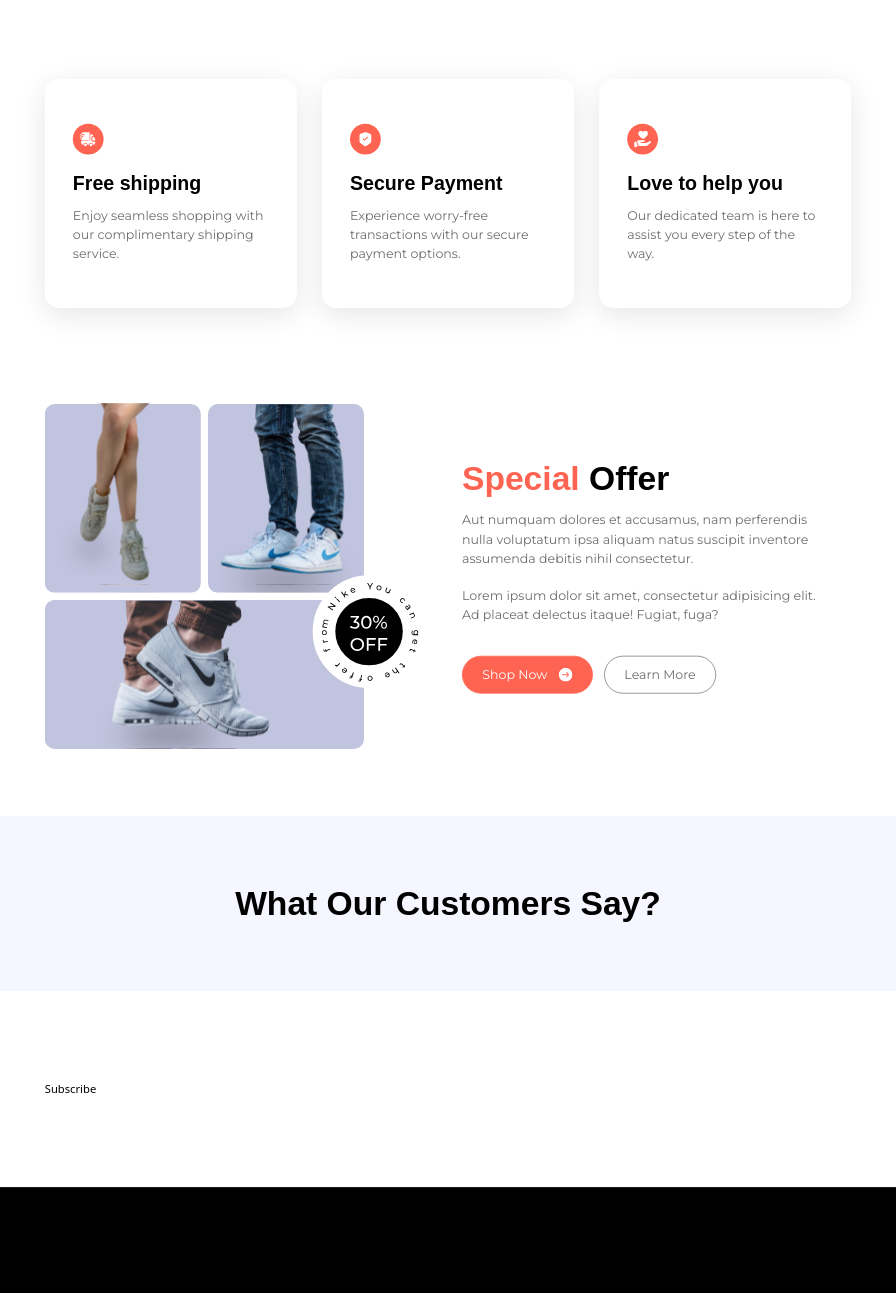
Repository: tynoschuck/nike-landpage
Page: /
The author's editor kept a copy of each file at every save. The page is drawn from the files as they stood at one save, then again after the next save.
The browser window is 1280 px wide. The pictures show the part of the page from y = 2267 to 4187 px (the page is 4115 px tall before and 4187 px after), at 70% of full size.
Some web fonts or font styles are not loaded; a fallback is used. The project was rebuilt for these pictures with package versions that can differ from the ones it lists, and the page was loaded fresh each time. Also part of the build but not shown: vite.config.js.

Above is the page before, as saved 2023-12-01 12:06:13.

### index.html
<!doctype html>
<html lang="en">
  <head>
    <meta charset="UTF-8" />
    <link rel="icon" type="image/svg+xml" href="favicon.ico?" />
    <meta name="viewport" content="width=device-width, initial-scale=1.0" />
    <title>Nike Site</title>
  </head>
  <body>
    <div id="root"></div>
    <script type="module" src="/src/main.jsx"></script>
  </body>
</html>

### src/App.jsx
import Nav from "./components/Nav";
import { Hero, PopularProducts, CustomerReviews, Footer, Services, SpecialOffer, Subscribe, SuperQuality } from "./sections";

const App = () => (
  <main className="relative">
    <Nav />
    <section className="xl:padding-l wide:padding-r padding-b">
      <Hero />
    </section>
    <section className="padding">
      <PopularProducts />
    </section>
    <section className="padding">
      <SuperQuality />
    </section>
    <section className="padding-x py-10">
      <Services />
    </section>
    <section className="padding">
      <SpecialOffer />
    </section>
    <section className="padding bg-pale-blue">
      <CustomerReviews />
    </section>
    <section className="padding-x sm:py-32 py-16 w-full">
      <Subscribe />
    </section>
    <section className="padding-x padding-t pb-8 bg-black">
      <Footer />
    </section>
  </main>
);

export default App;

### src/components/Nav.jsx
import { headerLogo } from '../assets/images';
import { hamburger } from '../assets/icons';
import { navLinks } from '../constants';

const Nav = () => {
  return (
    <header className='padding-x py-8 absolute z-10 w-full'>
      <nav className='flex justify-between items-center max-container'>
        <a href="/">
          <img
            src={headerLogo}
            alt="logo"
            width={130}
            height={29}
          />
        </a>
        <ul className='flex-1 flex justify-center items-center gap-16 max-lg:hidden'>
          {navLinks.map((item) => (
            <li key={item.label}>
              <a
                href={item.href}
                className="font-montserrat leading-normal text-lg text-slate-gray"
              >
                {item.label}
              </a>
            </li>
          ))}
        </ul>
        <div className='hidden max-lg:block'>
          <img
            src={hamburger}
            alt="Hamburger"
            width={25}
            height={25}
          />
        </div>
      </nav>
    </header>
  )
}

export default Nav

### src/sections/index.js
import Hero from "./Hero";
import PopularProducts from "./PopularProducts";
import Footer from "./Footer";
import CustomerReviews from "./CustomerReviews";
import Services from "./Services";
import SpecialOffer from "./SpecialOffer";
import Subscribe from "./Subscribe";
import SuperQuality from "./SuperQuality";

export {
  Hero,
  PopularProducts,
  Footer,
  CustomerReviews,
  Services,
  SpecialOffer,
  Subscribe,
  SuperQuality,
};

### src/assets/images/index.js
import bigShoe1 from './big-shoe1.png'
import bigShoe2 from './big-shoe2.png'
import bigShoe3 from './big-shoe3.png'

import customer1 from './customer1.jpeg'
import customer2 from './customer2.svg'

import footerLogo from './footer-logo.svg'
import headerLogo from './header-logo.svg'

import offer from './offer.svg'

import shoe4 from './shoe4.svg'
import shoe5 from './shoe5.svg'
import shoe6 from './shoe6.svg'
import shoe7 from './shoe7.svg'
import shoe8 from './shoe8.svg'

import thumbnailBackground from './thumbnail-background.svg'
import thumbnailShoe1 from './thumbnail-shoe1.svg'
import thumbnailShoe2 from './thumbnail-shoe2.svg'
import thumbnailShoe3 from './thumbnail-shoe3.svg'

export {
    bigShoe1,
    bigShoe2,
    bigShoe3,

    customer1,
    customer2,

    footerLogo,
    headerLogo,

    offer,
    shoe4,
    shoe5,
    shoe6,
    shoe7,
    shoe8,

    thumbnailBackground,
    thumbnailShoe1,
    thumbnailShoe2,
    thumbnailShoe3
}

### src/assets/icons/index.js
import arrowRight from './arrow-right.svg'
import chevronLeft from './chevron-left.svg'
import cheveronRight from './chevron-right.svg'
import copyrightSign from './copyright-sign.svg'
import facebook from './facebook.svg'
import hamburger from './hamburger.svg'
import instagram from './instagram.svg'
import support from './support.svg'
import shieldTick from './shield-tick.svg'
import star from './star.svg'
import truckFast from './truck-fast.svg'
import twitter from './twitter.svg'

export {
    arrowRight,
    cheveronRight,
    chevronLeft,
    copyrightSign,
    facebook,
    hamburger,
    instagram,
    support,
    shieldTick,
    star,
    truckFast,
    twitter
}

### src/constants/index.js
import { facebook, instagram, shieldTick, support, truckFast, twitter } from "../assets/icons";
import { bigShoe1, bigShoe2, bigShoe3, customer1, customer2, shoe4, shoe5, shoe6, shoe7, thumbnailShoe1, thumbnailShoe2, thumbnailShoe3 } from "../assets/images";

export const navLinks = [
    { href: "#home", label: "Home" },
    { href: "#about-us", label: "About Us" },
    { href: "#products", label: "Products" },
    { href: "#contact-us", label: "Contact Us" },
];

export const shoes = [
    {
        thumbnail: thumbnailShoe1,
        bigShoe: bigShoe1,
    },
    {
        thumbnail: thumbnailShoe2,
        bigShoe: bigShoe2,
    },
    {
        thumbnail: thumbnailShoe3,
        bigShoe: bigShoe3,
    },
];

export const statistics = [
    { value: '1k+', label: 'Brands' },
    { value: '500+', label: 'Shops' },
    { value: '250k+', label: 'Customers' },
];

export const products = [
    {
        imgURL: shoe4,
        name: "Nike Air Jordan-01",
        price: "$200.20",
        rating: "(4.2)",
    },
    {
        imgURL: shoe5,
        name: "Nike Air Jordan-10",
        price: "$210.20",
        rating: "(4.8)",
    },
    {
        imgURL: shoe6,
        name: "Nike Air Jordan-100",
        price: "$220.20",
        rating: "(4.5)",
    },
    {
        imgURL: shoe7,
        name: "Nike Air Jordan-001",
        price: "$230.20",
        rating: "(4.2)",
    },
];

export const services = [
    {
        imgURL: truckFast,
        label: "Free shipping",
        subtext: "Enjoy seamless shopping with our complimentary shipping service."
    },
    {
        imgURL: shieldTick,
        label: "Secure Payment",
        subtext: "Experience worry-free transactions with our secure payment options."
    },
    {
        imgURL: support,
        label: "Love to help you",
        subtext: "Our dedicated team is here to assist you every step of the way."
    },
];

export const reviews = [
    {
        imgURL: customer1,
        customerName: 'Morich Brown',
        rating: 4.5,
        feedback: "The attention to detail and the quality of the product exceeded my expectations. Highly recommended!"
    },
    {
        imgURL: customer2,
        customerName: 'Lota Mongeskar',
        rating: 4.5,
        feedback: "The product not only met but exceeded my expectations. I'll definitely be a returning customer!"
    }
];


export const footerLinks = [
    {
        title: "Products",
        links: [
            { name: "Air Force 1", link: "/" },
            { name: "Air Max 1", link: "/" },
            { name: "Air Jordan 1", link: "/" },
            { name: "Air Force 2", link: "/" },
            { name: "Nike Waffle Racer", link: "/" },
            { name: "Nike Cortez", link: "/" },
        ],
    },
    {
        title: "Help",
        links: [
            { name: "About us", link: "/" },
            { name: "FAQs", link: "/" },
            { name: "How it works", link: "/" },
            { name: "Privacy policy", link: "/" },
            { name: "Payment policy", link: "/" },
        ],
    },
    {
        title: "Get in touch",
        links: [
            { name: "customer@nike.com", link: "mailto:customer@nike.com" },
            { name: "+92554862354", link: "tel:+92554862354" },
        ],
    },
];

export const socialMedia = [
    { src: facebook, alt: "facebook logo" },
    { src: twitter, alt: "twitter logo" },
    { src: instagram, alt: "instagram logo" },
];

### src/sections/Hero.jsx
import { useState } from "react";
import { arrowRight } from "../assets/icons";
import Button from "../components/Button";
import { shoes, statistics } from "../constants";
import { bigShoe1 } from "../assets/images";
import Shoecard from "../components/Shoecard";

const Hero = () => {

  const [bigShoeImg, setBigShoeImg] = useState(bigShoe1)

  return (
    <section
      id="home"
      className="w-full flex xl:flex-row flex-col justify-center min-h-screen gap-10 max-container">
        <div className="relative xl:w-2/5 flex flex-col justify-center items-start w-full max-xl:padding-x pt-28">
          <p className="text-xl font-montserrat text-coral-red">Our Summer Collection</p>
          <h1 className="mt-10 font-palanquin text-8xl max-sm:text-[72px] max-sm:leading-[82px] font-bold">
            <span className="xl:bg-white xl:whitespace-nowrap relative z-10 pr-10">The New Arrival</span>
            <br />
            <span className="text-coral-red inline-block mt-3">Nike</span> Shoes
          </h1>
          <p className="font-montserrat text-slate-gray text-lg leading-8 mt-6 mb-14 sm:max-w-sm"> Discover the new arrivals</p>
          <Button label='Shop now' iconUrl={arrowRight}/>
          <div className="flex justify-start items-start flex-wrap w-full mt-20 gap-16">
            {statistics.map((stat) => (
              <div key={stat.label}>
                <p className="text-4xl font-palanquin font-bold">
                  {stat.value}
                </p>
                <p className="leading-7 font-montserrat text-slate-gray">
                  {stat.label}
                </p>
              </div>
            ))}
          </div>
        </div>
        <div className="relative flex-1 flex justify-center items-center xl:min-h-screen max-xl:py-40 bg-primary bg-hero bg-cover bg-center">
          <img
            src={bigShoeImg}
            alt="shoe collection"
            width={610}
            height={500}
            className="object-contain relative z-10"
          />
          <div className="flex sm:gap-6 gap-4 absolute -bottom-[5%] sm:left-[10%] max-sm:px-6">
            {shoes.map((shoe,) => (
              <div key={shoe}>
                <Shoecard
                  imgURL={shoe}
                  changeBigShoeImage={(shoe) => setBigShoeImg (shoe)}
                  bigShoeImg={bigShoeImg}
                />
              </div>
            ))}
          </div>

        </div>
      </section>
  )
}

export default Hero

### src/sections/PopularProducts.jsx
import PopularProductCard from "../components/PopularProductCard"
import { products } from "../constants"

const PopularProducts = () => {
  return (
    <section
      id="products"
      className="max-container max-sm:mt-12"
    >
      <div className="flex flex-col justify-start gap-5">
        <h2 className="text-4xl font-palanquin font-bold">Lorem <span className="text-coral-red
        ">ipsum</span> dolor sit amet </h2>
        <p className="lg:max-w-lg mt-2 font-montserrat">Deleniti aliquid, dolorum quod velit possimus quibusdam sed sit voluptatum hic minima. </p>
      </div>
      <div className="mt-16 grid lg:grid-cols-4 md:grid-cols-3 sm:grid-cols-2 grid-cols-1 sm:gap-6 gap-14">
        {products.map((product) =>(
          <PopularProductCard
            key={product.name}
            {...product}
          />
        ))}
      </div>
    </section>
  )
}

export default PopularProducts

### src/sections/CustomerReviews.jsx
const CustomerReviews = () => {
  return (
    <section className="max-container">
      <h3 className="font-palanquin text-center text-4xl font-bold">
        What Our <span>Customers</span> Say?
      </h3>

    </section>
  )
}

export default CustomerReviews

### src/sections/Services.jsx
import ServiceCard from "../components/ServiceCard"
import { services } from "../constants"

const Services = () => {
  return (
    <section className="max-container flex justify-center flex-wrap gap-9">
      {services.map((service) => (
        <ServiceCard
        key={service.label}
        {...service} />
      ))}
    </section>
  )
}

export default Services

### src/sections/SpecialOffer.jsx
import { arrowRight } from "../assets/icons"
import { offer } from "../assets/images"
import Button from "../components/Button"

const SpecialOffer = () => {
  return (
    <section className="flex justify-wrap items-center max-xl:flex-col-reverse gap-10 max-container">
      <div className="flex-1">
        <img
          src={offer}
          width={772}
          height={687}
          className="object-contain w-full"
        />
      </div>
      <div className="flex flex-1 flex-col">
        <h2 className="font-palanquin text-4xl capitalize font-bold lg:max-w-lg">
          <span className="text-coral-red">Special</span> Offer
        </h2>
        <p className="mt-4 lg:max-w-lg info-text">Aut numquam dolores et accusamus, nam perferendis nulla voluptatum ipsa aliquam natus suscipit inventore assumenda debitis nihil consectetur.</p>
        <p className="mt-6 lg:max-w-lg info-text">Lorem ipsum dolor sit amet, consectetur adipisicing elit. Ad placeat delectus itaque! Fugiat, fuga?</p>
        <div className="mt-11 flex flex-wrap gap-4">
          <Button
          label='Shop Now'
          iconUrl={arrowRight}
          />
          <Button
          label='Learn More'
          backgroundColor='bg-white'
          borderColor='border-slate-gray'
          textColor='text-slate-gray'
          />
        </div>
      </div>
    </section>
  )
}

export default SpecialOffer

### src/sections/SuperQuality.jsx
import Button from "../components/Button"
import { shoe8 } from "../assets/images"

const SuperQuality = () => {
  return (
    <section
      id="about-us"
      className="flex justify-between items-center max-lg:flex-col gap-10 w-full max-container"
    >
      <div className="flex flex-1 flex-col">
        <h2 className="font-palanquin text-4xl capitalize font-bold lg:max-w-lg">
          We Provide You <span className="text-coral-red">Super</span> <span className="text-coral-red">Quality</span> Shoes

        </h2>
        <p className="mt-4 lg:max-w-lg info-text">Lorem ipsum dolor sit amet, consectetur adipisicing elit. Aut numquam dolores et accusamus, nam perferendis nulla voluptatum ipsa aliquam natus suscipit inventore assumenda debitis nihil consectetur.</p>
        <p className="mt-6 lg:max-w-lg info-text">Ad placeat delectus itaque! Fugiat, fuga?</p>
        <div className="mt-11">
          <Button label='View Details' /></div>
        </div>
        <div className="flex-1 flex justify-center items-center">
          <img
            src={shoe8}
            alt="shoe8"
            width={570}
            height={522}
            className="object-contain"
          />
        </div>
    </section>
  )
}

export default SuperQuality

### src/components/Button.jsx
const Button = ({ label, iconUrl, backgroundColor, borderColor, textColor }) => {
  return (
    <button className={`flex justify-center items-center gap-2 px-7 py-4 border font-montserrat text-lg leading-none
    ${backgroundColor
    ? `${backgroundColor} ${textColor} ${borderColor}`
    :  'bg-coral-red  text-white border-coral-red'} rounded-full`}>
      {label}
      {iconUrl && <img
        src={iconUrl}
        alt="arrow right icon"
        className="ml-2 rounded-full w-5 h-5"
      />}
    </button>
  )
}

export default Button

### src/components/Shoecard.jsx
const Shoecard = ({ imgURL, changeBigShoeImage, bigShoeImg }) => {

  const handleClick =() => {
    if(bigShoeImg !== imgURL.bigShoe) {
      changeBigShoeImage(imgURL.bigShoe)
    }
  }

  return (
    <div
      className={`border-2 rounded-xl ${bigShoeImg === imgURL.bigShoe ? 'border-coral-red' : 'border-transparent'} cursor-pointer max-sm:flex-1`}
      onClick={handleClick}
    >
      <div className="flex justify-center items-center bg-card bg-center bg-cover sm:w-40 sm:h-40 rounded-xl max-sm:p-4">
        <img
          src={imgURL.thumbnail}
          alt='shoe collection'
          width={127}
          height={103}
          className="object-contain"
        />
      </div>
    </div>
  )
}

export default Shoecard

### src/components/PopularProductCard.jsx
import { star } from "../assets/icons"

const PopularProductCard = ({ imgURL, name, price, rating }) => {
  return (
    <div className="flex flex-1 flex-col w-full max-sm:w-full">
      <img src={imgURL} alt={name} height={280} width={280} />
      <div className="mt-8 flex justify-start gap-2.5">
        <img src={star} alt="rating" height={24} width={24} />
        <p className="font-montserrat text-xl leading-normal text-slate-gray">{rating}</p>
      </div>
      <h3 className="mt-2 text-2xl leading-normal font-semibold font-palanquin">{name}</h3>
      <p className="mt-2 font-semibold font-montserrat text-coral-red text-2xl leading-normal">{price}</p>
    </div>
  )
}

export default PopularProductCard

### src/components/ServiceCard.jsx
const ServiceCard = ({ imgURL, label, subtext }) => {
  return (
    <div className="flex-1 sm:w-[350px] sm:min-w-[350px] w-full rounded-[20px] shadow-3xl px-10 py-16">
      <div className="w-11 h-11 flex justify-center items-center bg-coral-red rounded-full">
        <img src={imgURL} alt={label} width={24} height={24} />
      </div>
      <h3 className="mt-5 font-palanquin text-3xl leading-normal font-bold">{label}</h3>
      <p className="mt-3 break-words font-montserrat text-lg leading-normal text-slate-gray">{subtext}</p>
    </div>
  )
}

export default ServiceCard

Loaded but not shown: src/main.jsx (common file); src/index.css (common file); src/sections/Footer.jsx (common file); src/sections/Subscribe.jsx (common file); tailwind.config.js (common file)

After the next save:
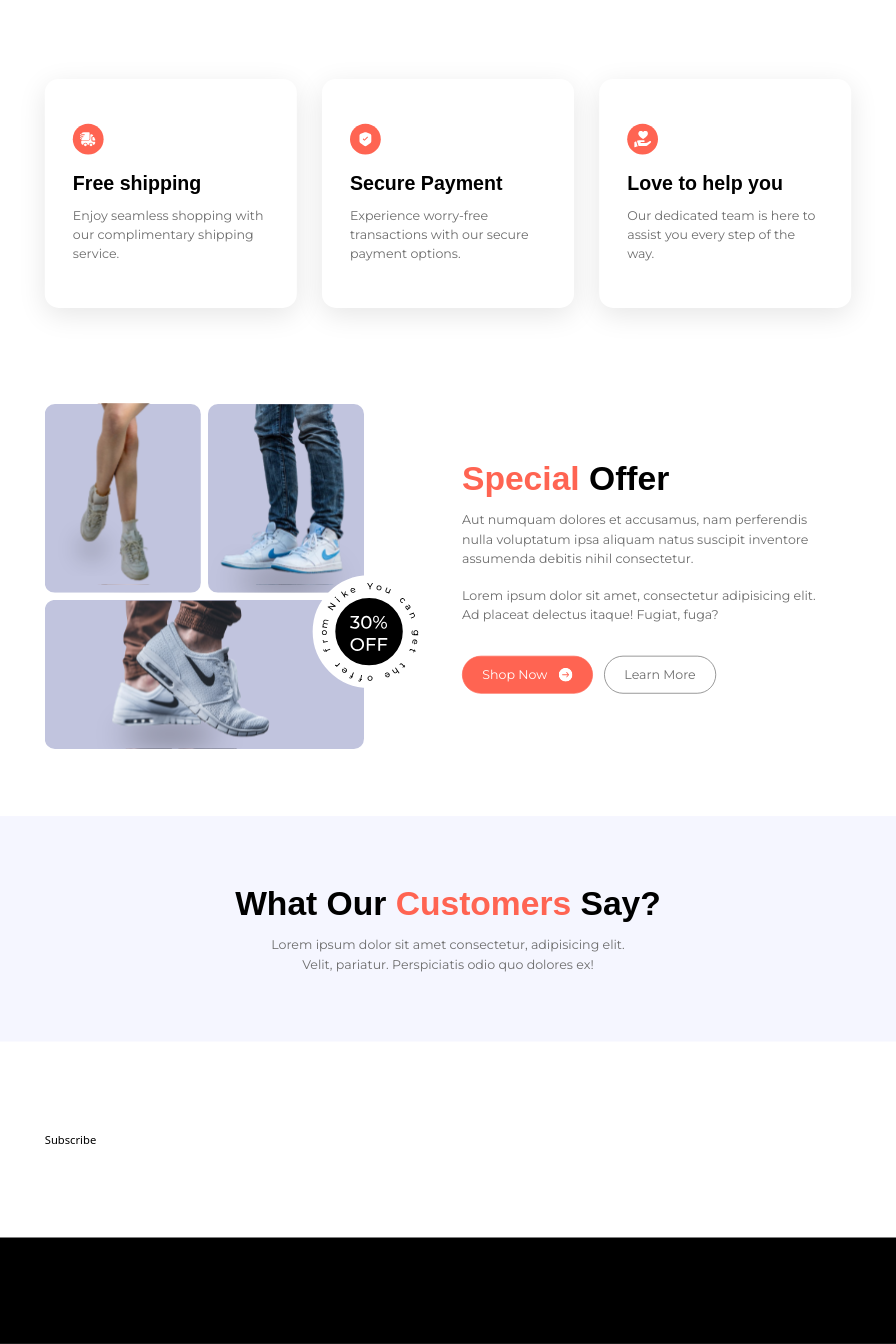
Saved 5 min 25 s later.
--- a/src/sections/CustomerReviews.jsx
+++ b/src/sections/CustomerReviews.jsx
@@ -2,8 +2,11 @@
   return (
     <section className="max-container">
       <h3 className="font-palanquin text-center text-4xl font-bold">
-        What Our <span>Customers</span> Say?
+        What Our <span className="text-coral-red">Customers</span> Say?
       </h3>
+      <p className="info-text m-auto mt-4 max-w-lg text-center">
+        Lorem ipsum dolor sit amet consectetur, adipisicing elit. Velit, pariatur. Perspiciatis odio quo dolores ex!
+      </p>
 
     </section>
   )
